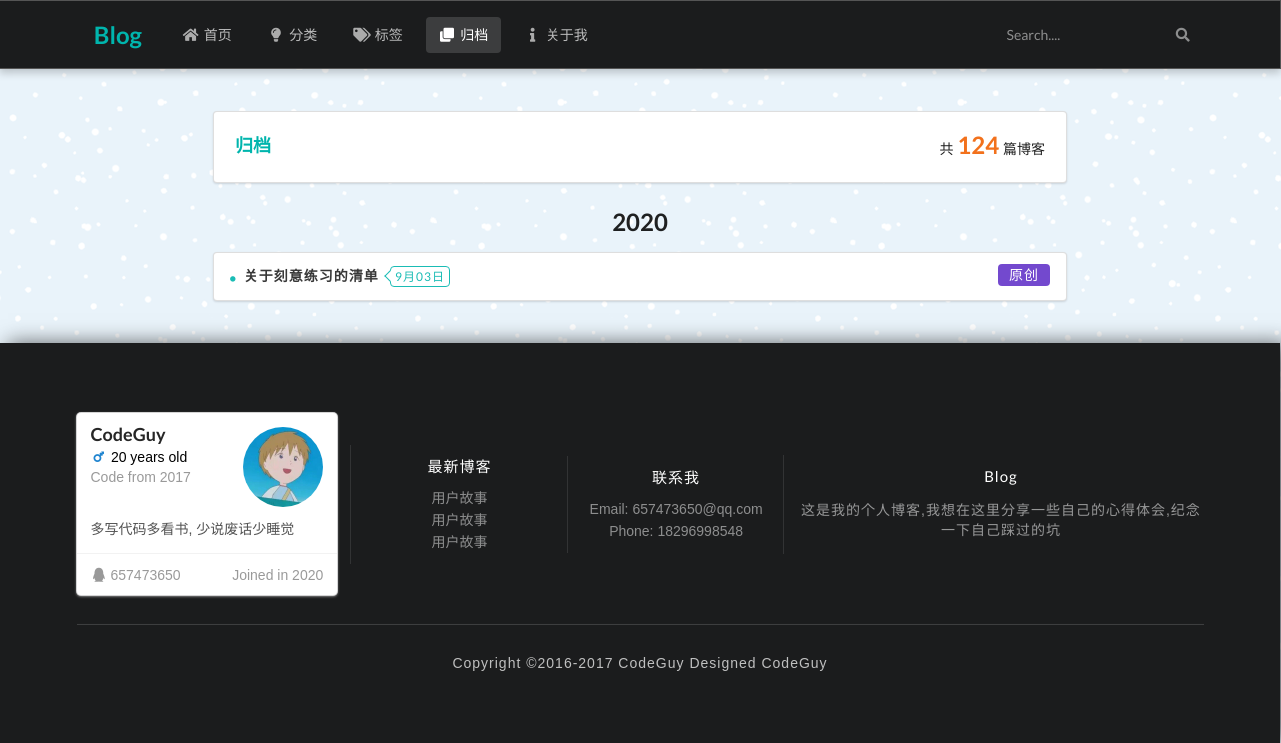
Repository: GOGOHQ/myblog
Page: archives.html
An editor plug-in stored every save of this project. The page is shown before and after the next save, followed by the edit.
The browser window is 1280 px wide. The page is 1281 px wide, so the pictures cover 1281 px, including what lies to the right of the window. The pictures show the whole page.
Some web libraries are served in a nearby version.

Above is the page before, as saved 2020-01-17 19:59:27.

### archives.html
<!DOCTYPE html>
<html lang="en">
<!-- shift alt + b -->

<head>
    <meta charset="UTF-8">
    <meta name="viewport" content="width=device-width, inital-scale=1.0">
    <title>归档</title>
    <link rel="stylesheet" href="static/css/me.css">
    <link rel="stylesheet" href="https://cdn.jsdelivr.net/semantic-ui/2.2.4/semantic.min.css">

</head>

<body style="background-image: url(static/images/blue-snow.png);">
<!-- 导航 -->
<nav class="ui inverted attached segment m-padded-tb-mini m-shadow-small">
    <div class="ui container">
        <div class="ui secondary stackable inverted menu">
            <h2 class="ui teal header item">Blog</h2>
            <a href="#" class="m-item m-mobile-hide item"><i class="home icon"></i>首页</a>
            <a href="#" class="m-item m-mobile-hide item"><i class="idea icon"></i>分类</a>
            <a href="#" class="m-item m-mobile-hide item"><i class="tags icon"></i>标签</a>
            <a href="#" class="active m-item m-mobile-hide item"><i class="clone icon"></i>归档</a>
            <a href="#" class="m-item m-mobile-hide item"><i class="info icon"></i>关于我</a>
            <div class="m-item right item m-mobile-hide">
                <div class="ui icon  inverted transparent input">
                    <input type="text" placeholder="Search....">
                    <i class="search link icon"></i>
                </div>
            </div>
        </div>
    </div>
    <a href="#" class="menu toggle ui black icon button m-top-right m-mobile-show">
        <i class="icon sidebar"></i>
    </a>
</nav>
<!-- 内容 -->
<div class="m-padded-tb-big m-small-container">
    <div class="ui container">
        <div class="ui segment padded ">
            <div class="ui two column middle aligned grid">
                <div class="column">
                    <h3 class="ui teal header">归档</h3>
                </div>
                <div class="right aligned column">
                    共
                    <h2 class="ui orange header m-inline-block">124</h2>&nbsp;篇博客
                </div>
            </div>
        </div>

        <h2 class="ui center aligned header">2020</h2>
        <div class="ui fluid vertical menu">
            <a class="item m-label-text-big" href="#" target="_blank">
                    <span><i class="ui teal circle icon mini"></i> 关于刻意练习的清单
                    <div class="ui teal basic left pointing label m-padded-tiny m-text-thin">9月03日</div>
                    </span>
                <div class="ui violet label large m-text-thin ">原创</div>
            </a>

        </div>

    </div>
</div>
<!-- 底部 -->
<footer class="ui inverted vertical segment m-padded-tb-massive m-top-shadow ">
    <div class="ui center aligned container ">
        <div class="ui inverted stackable divided grid fluid ">
            <div class="four wide column left aligned ">
                <div class="ui fluid card ">
                    <div class="content ">
                        <img class="right circular floated tiny ui image " src="static/images/avatar.jpg ">
                        <div class="header ">
                            CodeGuy
                        </div>
                        <div class="meta ">
                            <i class="icon blue mars stroke " style="margin:0px "></i>
                            <text style="color:black; ">20 years old</text>
                        </div>
                        <div class="meta ">
                            Code from 2017
                        </div>
                        <div class="description ">
                            多写代码多看书, 少说废话少睡觉
                        </div>
                    </div>
                    <div class="extra content ">
                        <a>
                            <i class="qq icon "></i>657473650
                        </a>
                        <span class="right floated ">
                                    Joined in 2020
                                  </span>
                    </div>
                </div>
            </div>
            <div class="center middle aligned three wide column ">
                <h4 class="ui inverted header m-text-thin m-text-spaced ">最新博客</h4>
                <div class="ui inverted link list ">
                    <a href="# " class="item ">用户故事</a>
                    <a href="# " class="item ">用户故事</a>
                    <a href="# " class="item ">用户故事</a>
                </div>
            </div>
            <div class="center aligned three wide column middle aligned ">
                <h4 class="ui inverted header m-text-thin m-text-spaced ">联系我</h4>
                <div class="ui inverted link list ">
                    <a href="# " class="item ">Email: 657473650@qq.com</a>
                    <a href="# " class="item ">Phone: 18296998548</a>

                </div>
            </div>
            <div class="six wide middle aligned column ">
                <h4 class="ui inverted header m-text-thin m-text-spaced ">Blog</h4>
                <p class="m-text-thin m-text-spaced m-text-tiny-opacity ">这是我的个人博客,我想在这里分享一些自己的心得体会,纪念一下自己踩过的坑</p>
            </div>
        </div>
        <div class="ui inverted section divider "></div>
        <p class="m-text-thin m-text-spaced m-text-mini-opacity ">Copyright ©2016-2017 CodeGuy Designed CodeGuy</p>
    </div>
</footer>
</body>
<script src="https://cdn.jsdelivr.net/npm/jquery@3.2/dist/jquery.min.js"></script>
<script src="https://cdn.jsdelivr.net/semantic-ui/2.2.4/semantic.min.js"></script>
<script>
    $('.menu.toggle').click(function () {
        $('.m-item').fadeToggle().toggleClass('m-mobile-hide')
    });
</script>


</html>

### static/css/me.css
/* postion */

.m-top-right {
    position: absolute !important;
    top: 0;
    right: 0;
}


/*margin*/

.m-margin-tb-tiny {
    margin-top: 0.3em !important;
    margin-bottom: 0.3em !important;
}

.m-margin-top-small {
    margin-top: 0.5em !important;
}

.m-margin-top-large {
    margin-top: 2em !important;
}

.m-margin-top {
    margin-top: 1em !important;
}

body {
    font-family: "WenQuanYi Micro Hei", sans-serif !important;
}


/* padding */

.m-padded-lr-responsive {
    padding-left: 3.5em !important;
    padding-right: 3.5em !important;
}

.m-padded-mini {
    padding: 0.2em !important;
}

.m-padded-tiny {
    padding: 0.3em !important;
}

.m-padded-small {
    padding: 0.5em !important;
}

.m-padded-tb-mini {
    padding-top: 0.2em !important;
    padding-bottom: 0.2em !important;
}

.m-padded-top-middle {
    padding-top: 40px !important
}

.m-padded-tb-massive {
    padding-top: 5em !important;
    padding-bottom: 5em !important;
}

.m-padded-tb-large {
    padding-top: 2em !important;
    padding-bottom: 2em !important;
}

.m-padded-tb-big {
    padding-top: 3em !important;
    padding-bottom: 3em !important;
}

.m-padded-tb-tiny {
    padding-top: 0.3em !important;
    padding-bottom: 0.3em !important;
}

.m-padded-tb-huge {
    padding-top: 4em !important;
    padding-bottom: 4em !important;
}

.m-padded-tb {
    padding-top: 1em !important;
    padding-bottom: 1em !important;
}

.m-padded-tb-small {
    padding-top: 0.5em !important;
    padding-bottom: 0.5em !important;
}


/* shadow */

.m-shadow-small {
    -webkit-box-shadow: 0 4px 8px rgba(0, 0, 0, 0.2) !important;
    box-shadow: 0 4px 8px rgba(0, 0, 0, 0.2) !important;
}

.m-top-shadow {
    -webkit-box-shadow: 0 4px 8px rgba(0, 0, 0, 0.3) !important;
    box-shadow: 8px 0px 20px rgba(0, 0, 0, 0.6) !important;
}


/* color */

.m-black {
    color: #333 !important;
}


/* text */

.m-label-text {
    line-height: 1.6 !important;
    font-weight: 550 !important;
    letter-spacing: 1px !important;
    opacity: 0.85 !important;
}

.m-label-text-big {
    font-weight: 700 !important;
    letter-spacing: 1px !important;
    opacity: 0.9 !important;
}

.m-text-thin {
    font-weight: 400 !important
}

.m-text-spaced {
    letter-spacing: 1px !important
}

.m-text-lined {
    line-height: 1.8 !important
}

.m-text-mini-opacity {
    opacity: 0.8 !important
}

.m-text-tiny-opacity {
    opacity: 0.6 !important
}

.m-text {
    line-height: 1.6 !important;
    font-weight: 400 !important;
    letter-spacing: 1px !important;
    opacity: 0.8 !important
}

.m-info-text {
    line-height: 1.6 !important;
    font-weight: 600 !important;
    letter-spacing: 1px !important;
    opacity: 0.8 !important;
    color: #333 !important;
}


/* display */

.m-inline-block {
    display: inline-block !important;
}


/* container */

.m-container {
    max-width: 78em !important;
    margin: auto !important;
}

.m-small-container {
    max-width: 61em !important;
    margin: auto !important;
}

.m-mobile-show {
    display: none !important;
}

.sbtn {
    margin: 0 !important;
    margin-right: 120px !important;
}

@media screen and (max-width: 768px) {
    .m-mobile-hide {
        display: none !important;
    }

    .m-mobile-show {
        display: block !important;
    }

    .m-padded-lr-responsive {
        padding-left: 0 !important;
        padding-right: 0 !important;
    }

    .m-mobile-lr-clear {
        padding-right: 0 !important;
        padding-left: 0 !important;
    }

    .sbtn {
        margin-top: 10px !important;
        margin-right: 12px !important;
        margin-left: 9px !important;
    }
}

After the next save:
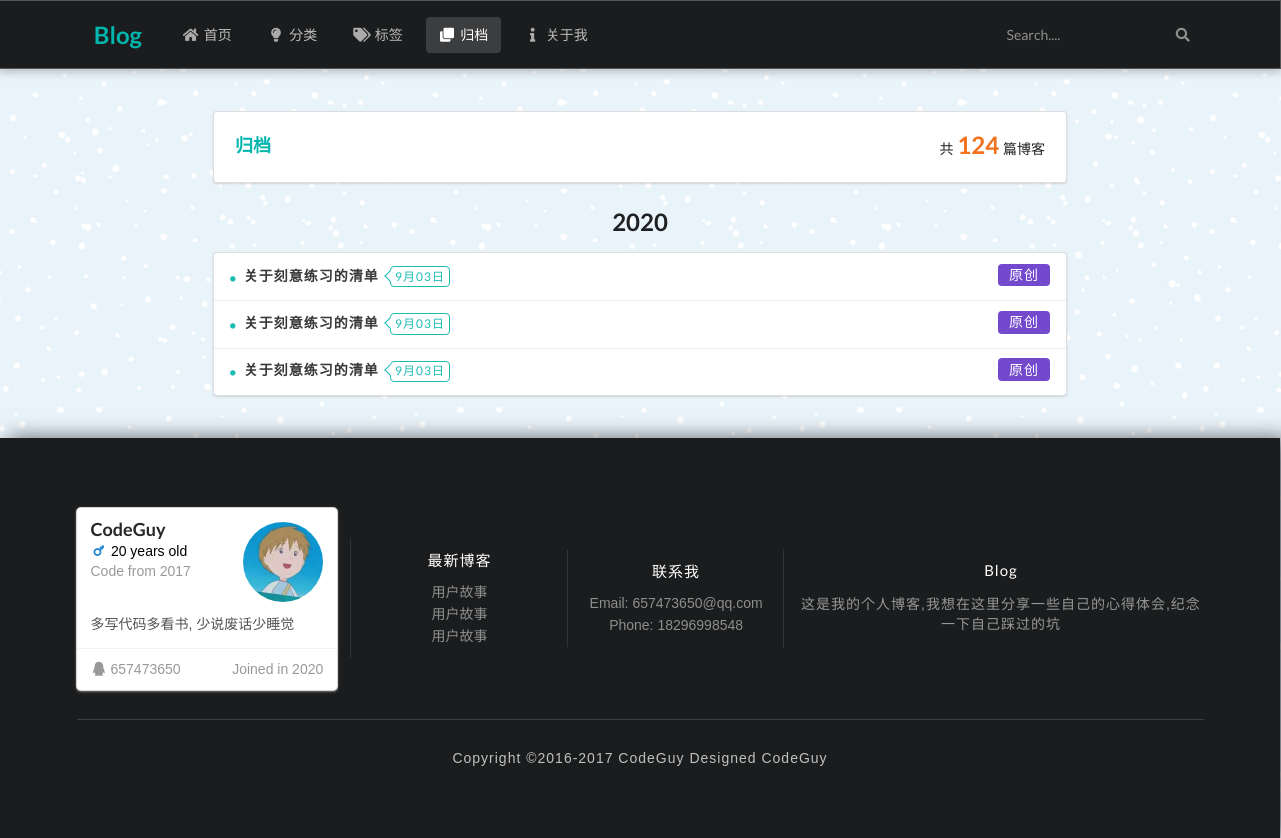
Saved 25 s later.
--- a/archives.html
+++ b/archives.html
@@ -51,6 +51,18 @@
 
         <h2 class="ui center aligned header">2020</h2>
         <div class="ui fluid vertical menu">
+            <a class="item m-label-text-big" href="#" target="_blank">
+                    <span><i class="ui teal circle icon mini"></i> 关于刻意练习的清单
+                    <div class="ui teal basic left pointing label m-padded-tiny m-text-thin">9月03日</div>
+                    </span>
+                <div class="ui violet label large m-text-thin ">原创</div>
+            </a>
+            <a class="item m-label-text-big" href="#" target="_blank">
+                    <span><i class="ui teal circle icon mini"></i> 关于刻意练习的清单
+                    <div class="ui teal basic left pointing label m-padded-tiny m-text-thin">9月03日</div>
+                    </span>
+                <div class="ui violet label large m-text-thin ">原创</div>
+            </a>
             <a class="item m-label-text-big" href="#" target="_blank">
                     <span><i class="ui teal circle icon mini"></i> 关于刻意练习的清单
                     <div class="ui teal basic left pointing label m-padded-tiny m-text-thin">9月03日</div>
